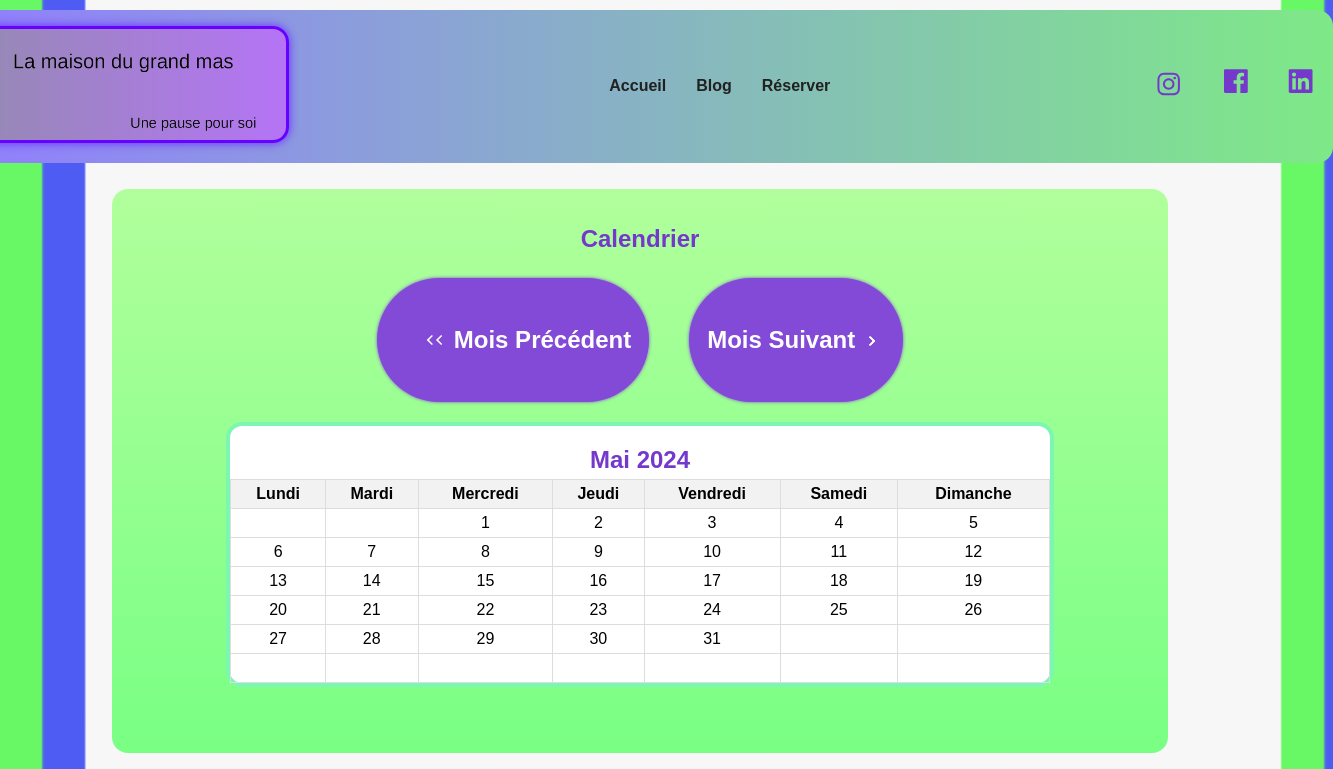
Repository: Crosnierpaul/Les_Rangers_de_Pouvoir
Page: http://localhost/entretien
These files come from the project's save history. The page is drawn as it stood at one moment and after the next save; the edit follows.
The browser window is 1280 px wide. The page is 1333 px wide, so the pictures cover 1333 px, including what lies to the right of the window. The pictures show the whole page.
Backgrounds fixed to the window are drawn as part of the page. The page is served by the project's Node server (site/server.js).

Above is the page before, as saved 2024-05-07 10:57:31.

After the next save:
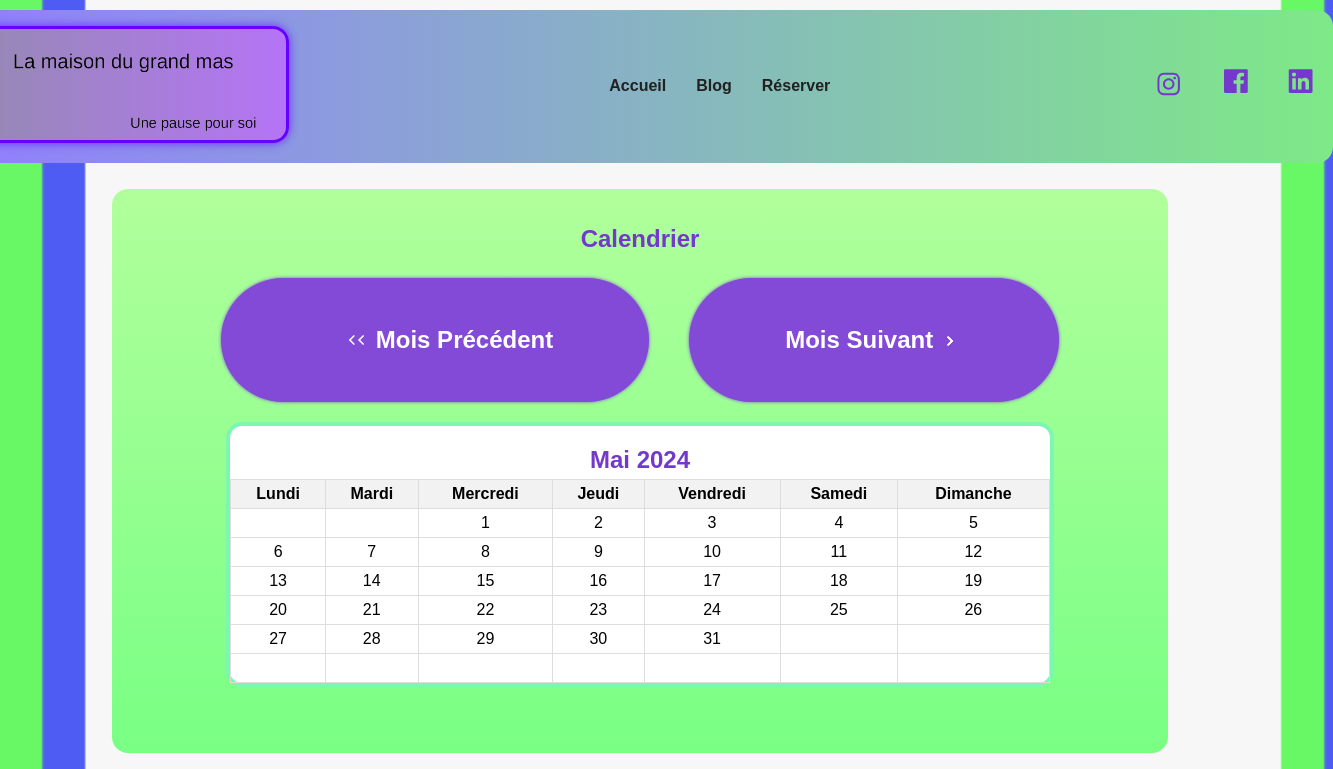
Saved 4 s later.
--- a/site/public/css/entretien.css
+++ b/site/public/css/entretien.css
@@ -93,7 +93,7 @@ btn-reservercontent {
   .btn-content {
     display: flex;
     align-items: center;
-    padding: 2em 0.75em; /* Réduire l'espacement à l'intérieur des boutons de 25% */
+    padding: 2em 4em; /* Réduire l'espacement à l'intérieur des boutons de 25% */
     text-decoration: none;
     font-family: 'Poppins', sans-serif;
     font-weight: 600;
